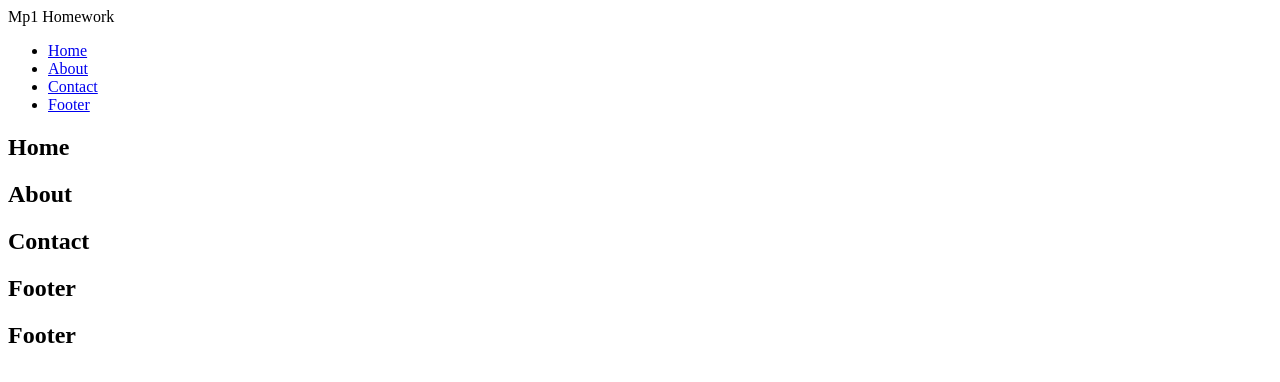
Repository: sallyr0823/web-development
Page: mp1/src/index.html
These files come from the project's save history. The page is drawn as it stood at one moment and after a run of saves; the edit follows.
The browser window is 1280 px wide. The pictures show the whole page.

Above is the page before, as saved 2023-09-20 14:24:40.

### mp1/src/index.html
<!DOCTYPE html>
<html lang="en">
    <head>
        <meta charset="utf-8" />
        <meta http-equiv="x-ua-compatible" content="ie=edge">
        <meta name="viewport" content="width=device-width, initial-scale=1.0">
        <title>MP1</title>
    </head>
    <body>
        <nav>
            <div class="container">
                <div class = "title"> Mp1 Homework</div>
              <ul>
                <li class="home"><a href="#home">Home</a></li>
                <li class="about"><a href="#about">About</a></li>
                <li class="contact"><a href="#contact">Contact</a></li>
                <li class="line4"><a href="#line4">Footer</a></li>
              </ul>
            </div>
          </nav>
          <section id="home">
            <h1>Home</h1>
          </section>
          <section id="about">
            <h1>About</h1>
          </section>
          <section id="contact">
            <h1>Contact</h1>
          </section>
          <section id="line4">
            <h1>Footer</h1>
          </section>
          <section id = "footer">
            <h1>Footer </h1>
          </section>
    </body>
</html>

After the next 2 saves:
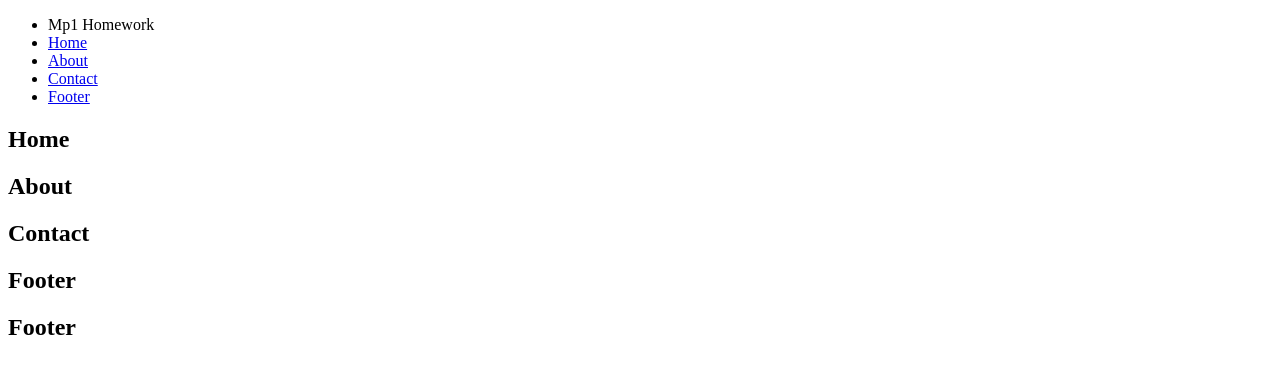
The 2 saves are shown as one change because they came seconds apart.
The last was saved 19 s later.
--- a/mp1/src/index.html
+++ b/mp1/src/index.html
@@ -9,8 +9,8 @@
     <body>
         <nav>
             <div class="container">
-                <div class = "title"> Mp1 Homework</div>
               <ul>
+                <li class = "title"> Mp1 Homework </li>
                 <li class="home"><a href="#home">Home</a></li>
                 <li class="about"><a href="#about">About</a></li>
                 <li class="contact"><a href="#contact">Contact</a></li>
